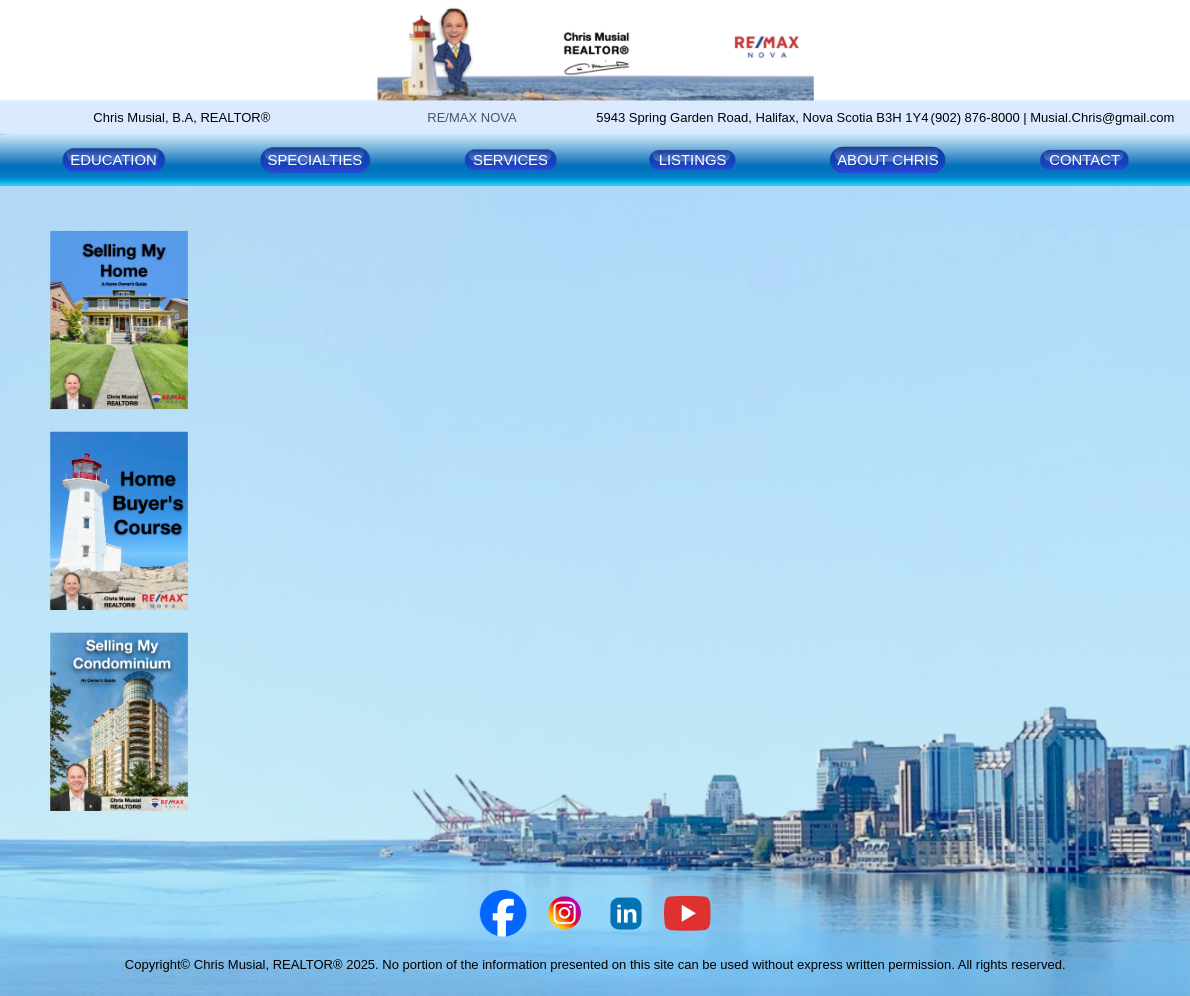
Repository: TMuse333/father-website
Page: / (app in frontend/)
These files come from the project's save history. The page is drawn as it stood at one moment and after a run of saves; the edit follows.
The browser window is 1280 px wide. The pictures show the whole page, at 93% of full size.
The project was rebuilt for these pictures with package versions that can differ from the ones it lists, and the page was loaded fresh each time. The framework's server and built-in components were replaced by stand-ins that run in the browser. Also part of the build but not shown: frontend/next.config.ts.

Above is the page before, as saved 2025-05-24 16:20:31.

After the next 2 saves:
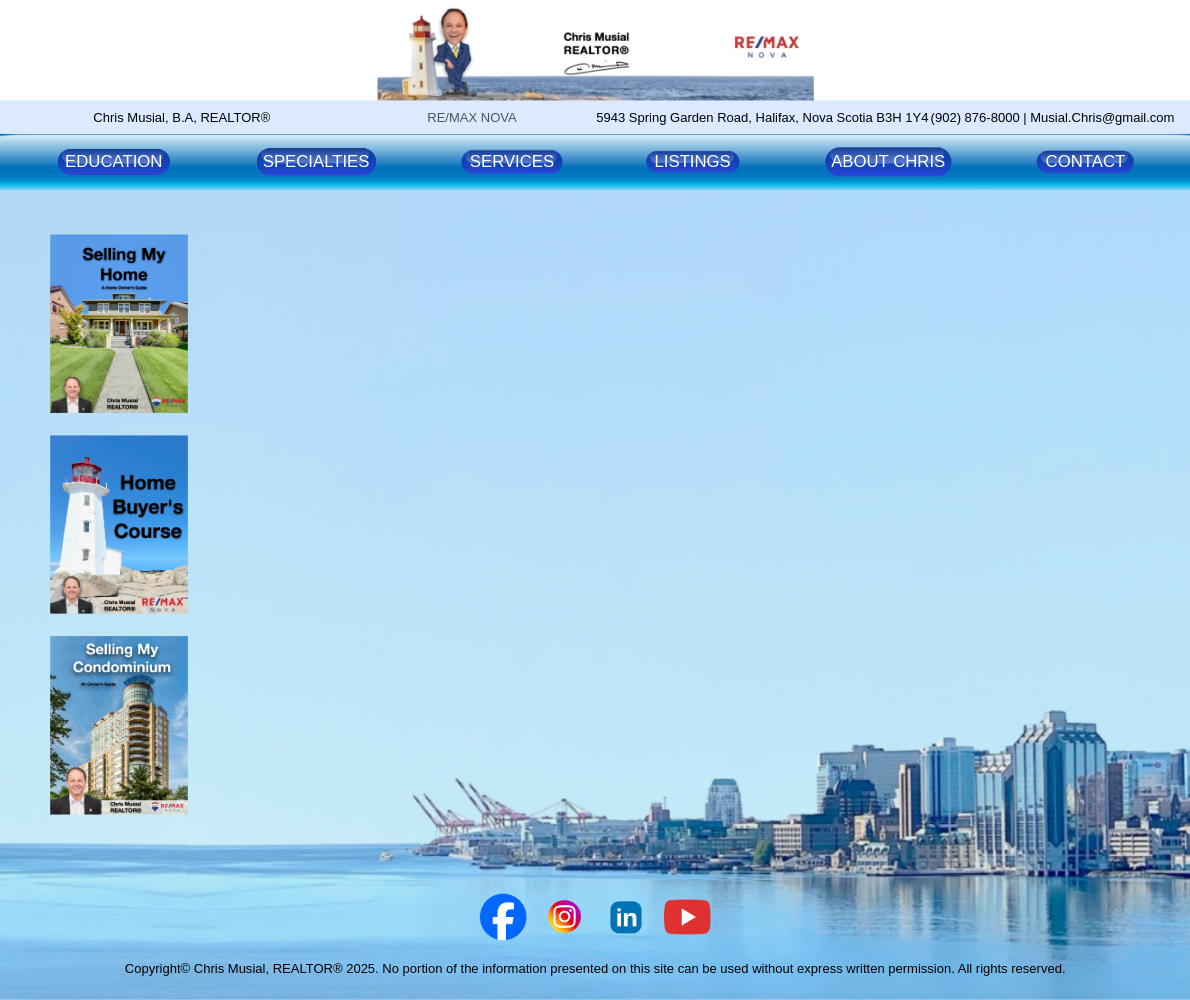
The 2 saves are shown as one change because they came seconds apart.
The last was saved 8 s later.
--- a/frontend/src/components/navbar/navbar.tsx
+++ b/frontend/src/components/navbar/navbar.tsx
@@ -67,7 +67,7 @@
               }}
               onClick={() => setIsMenuOpen(false)}
             >
-              <p>
+              <p className="md:text-lg">
               {item.name.toUpperCase()}
               </p>
 
